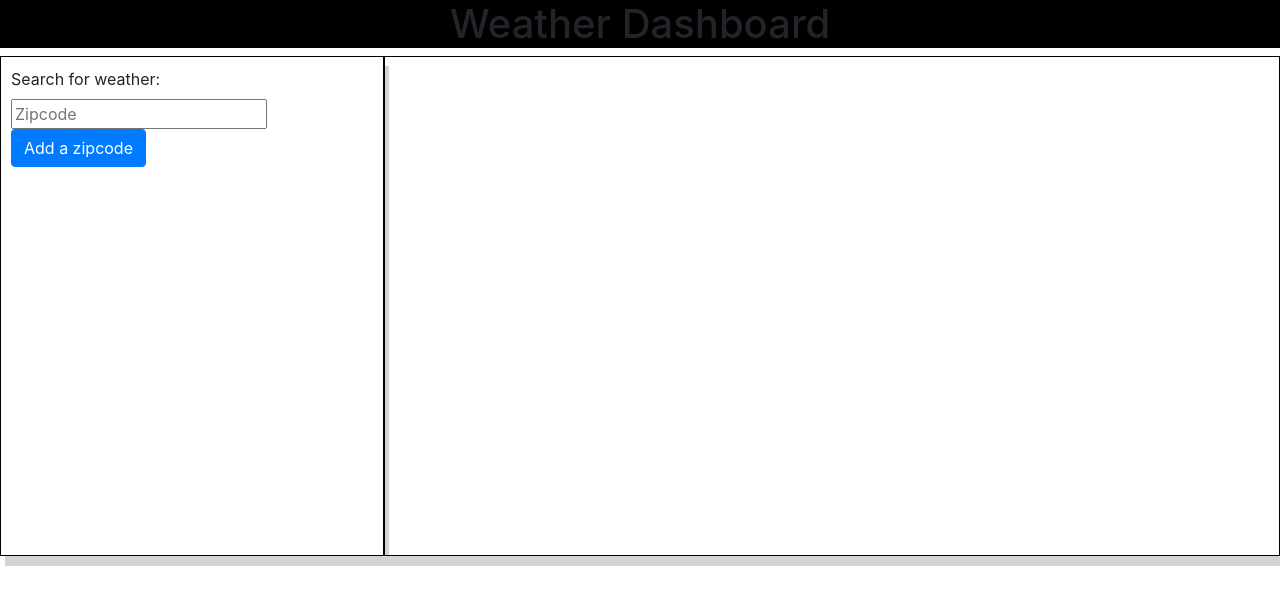
Repository: s88leigh/Weather-Dashboard
Page: index.html
The author's editor kept a copy of each file at every save. The page is drawn from the files as they stood at one save, then again after a run of saves.
The browser window is 1280 px wide. The pictures show the whole page.

Above is the page before, as saved 2019-10-30 20:34:11.
Not found: app.js

After the next 2 saves:
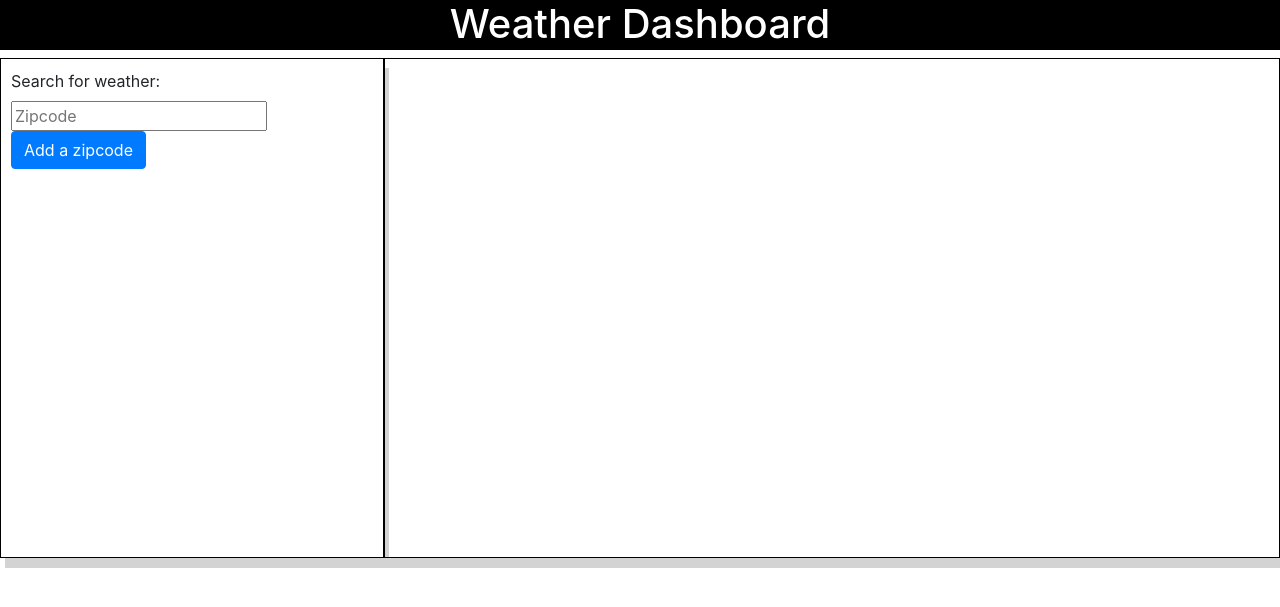
The 2 saves are shown as one change because they came seconds apart.
The last was saved 7 s later.
--- a/style.css
+++ b/style.css
@@ -2,7 +2,7 @@
 
 h1 {
     border-width: 100%;
-    height:
+    height: 50px;
     color: white;
     text-align: center;
     background-color: black;
